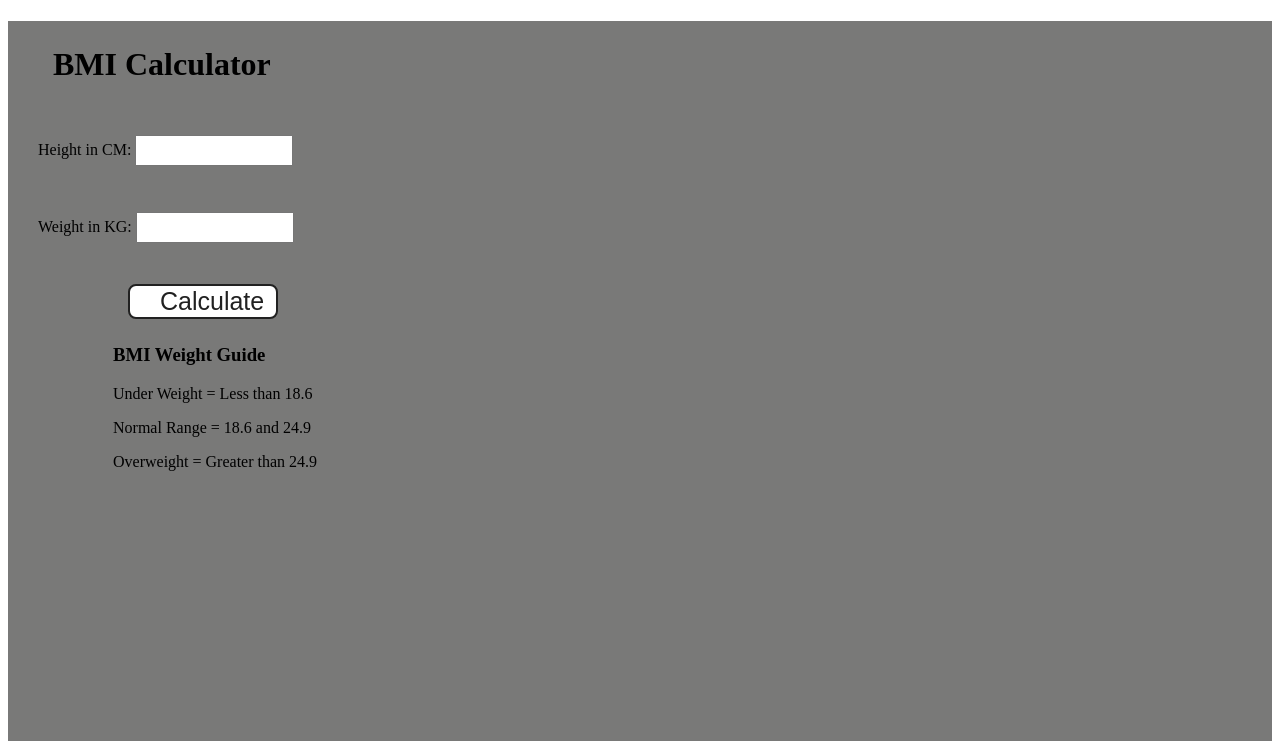
Repository: VishwaGoswami1407/JavaScript-Practice
Page: 07_projects/project2.html
An editor plug-in stored every save of this project. The page is shown before and after the next save, followed by the edit.
The browser window is 1280 px wide. The pictures show the whole page.

Above is the page before, as saved 2024-07-07 18:55:19.

After the next save:
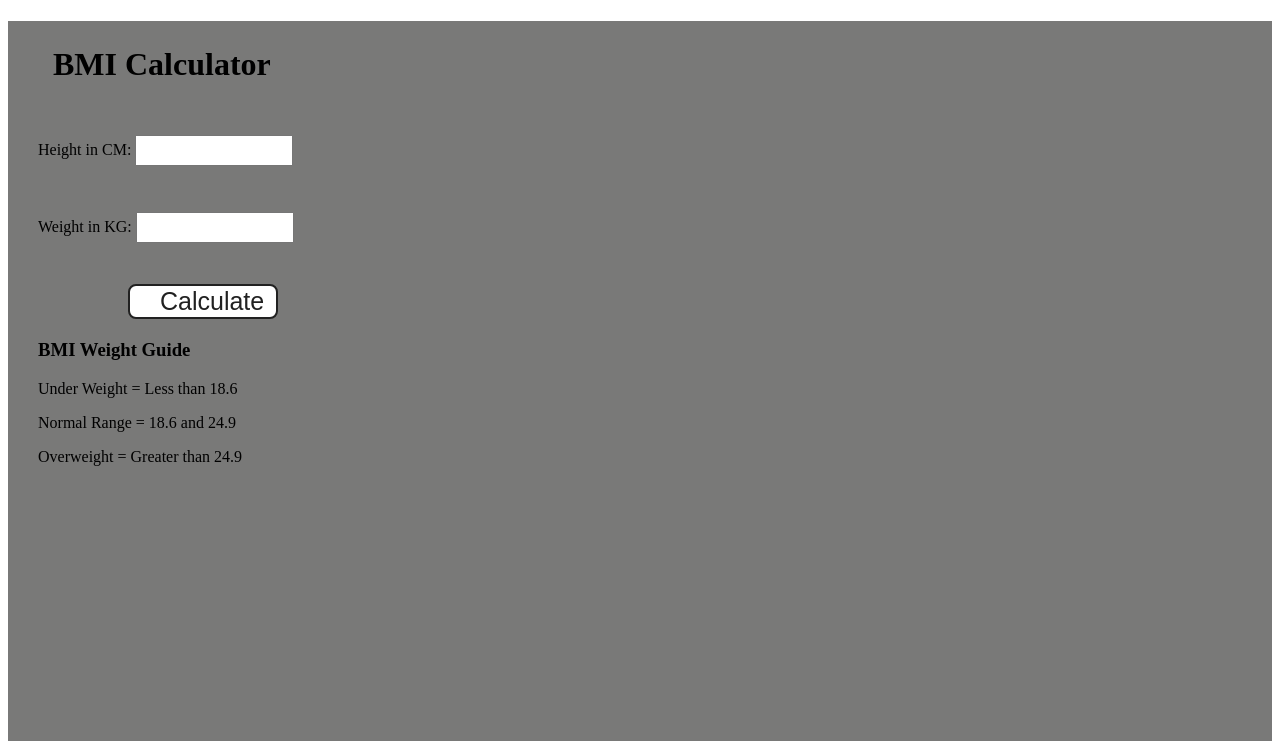
Saved 15 s later.
--- a/07_projects/style2.css
+++ b/07_projects/style2.css
@@ -10,12 +10,12 @@
     width: 150px;
     height: 25px;
     margin-top: 30px;
-    align-items: center;
+    /* align-items: center; */
   }
 
   #weight-guide {
-    margin-left: 75px;
-    margin-top: 25px;
+    /* margin-left: 75px;
+    margin-top: 25px; */
   }
 
   #results {

After the save that followed:
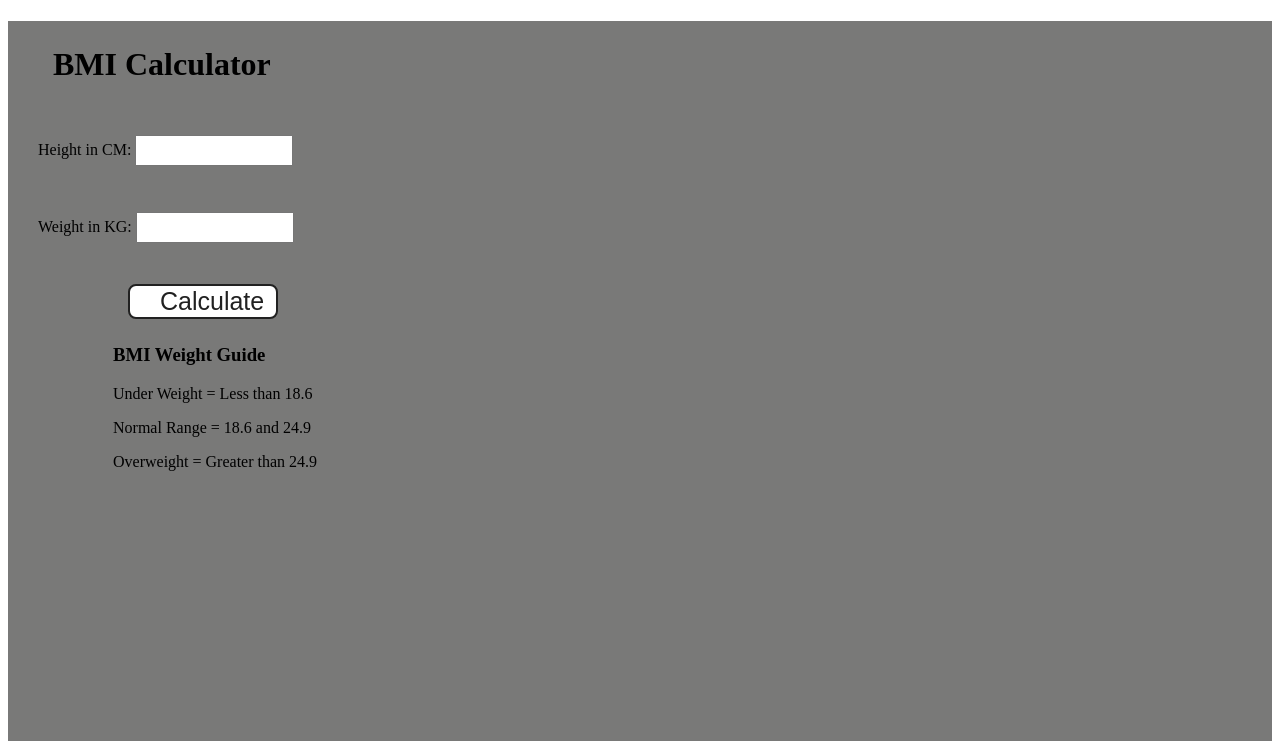
Saved 6 s later.
--- a/07_projects/style2.css
+++ b/07_projects/style2.css
@@ -14,8 +14,8 @@
   }
 
   #weight-guide {
-    /* margin-left: 75px;
-    margin-top: 25px; */
+    margin-left: 75px;
+    margin-top: 25px;
   }
 
   #results {
